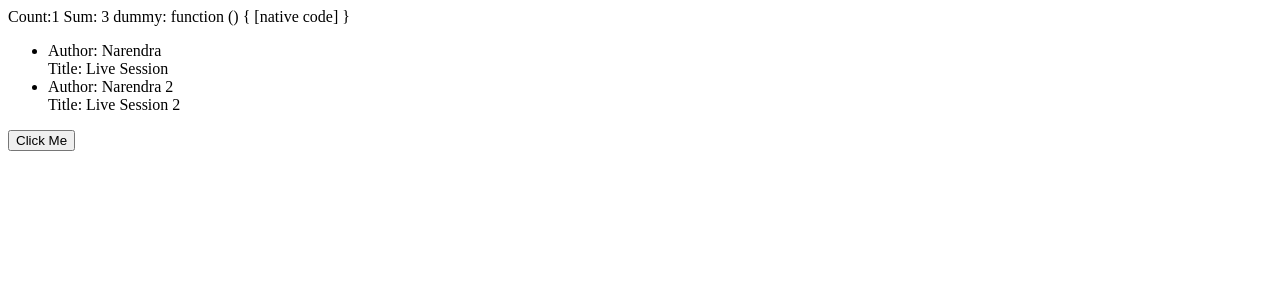
Repository: narendraiitm/may-2023-live-sessions
Page: index.html
An editor plug-in stored every save of this project. The page is shown before and after the next save, followed by the edit.
The browser window is 1280 px wide. The pictures show the whole page.

Above is the page before, as saved 2023-06-27 21:17:18.

### index.html
<!DOCTYPE html>
<html lang="en">
  <head>
    <meta charset="UTF-8" />
    <meta http-equiv="X-UA-Compatible" content="IE=edge" />
    <meta name="viewport" content="width=device-width, initial-scale=1.0" />
    <title>Document</title>
    <style>
      .danger {
        color: red;
      }
      .success {
        font-size: 1.5em;
      }
    </style>
  </head>
  <body>
    <div id="app"></div>
    <script src="https://cdn.jsdelivr.net/npm/vue@2/dist/vue.js"></script>
    <script src="./app.js"></script>
  </body>
</html>

### app.js
new Vue({
  // options object
  el: '#app',
  template: `
  <div>
    Count:{{count}}
    Sum: {{sum}}
    dummy: {{increeseCount}}
    <ul>
       <li v-for='blog in blogs'>
        <div>Author: {{blog.author}}</div>
        <div>Title: {{blog.title}}</div>
       </li>
    </ul>
    <button @click = 'increeseCount'>Click Me</button>
  </div>
  `,
  data: {
    blogs: [
      { author: 'Narendra', title: 'Live Session' },
      { author: 'Narendra 2', title: 'Live Session 2' },
    ],
    count: 1,
    a: 1,
    b: 2,
  },
  methods: {
    increeseCount() {
      return (this.count += 1)
    },
  },
  computed: {
    sum() {
      return this.a + this.b
    },
  },
})

After the next save:
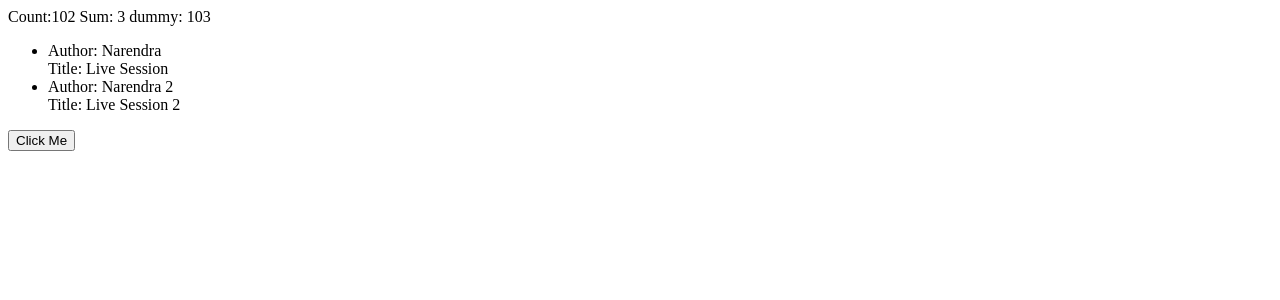
Saved 68 s later.
--- a/app.js
+++ b/app.js
@@ -5,7 +5,7 @@
   <div>
     Count:{{count}}
     Sum: {{sum}}
-    dummy: {{increeseCount}}
+    dummy: {{increeseCount()}}
     <ul>
        <li v-for='blog in blogs'>
         <div>Author: {{blog.author}}</div>

After the save that followed:
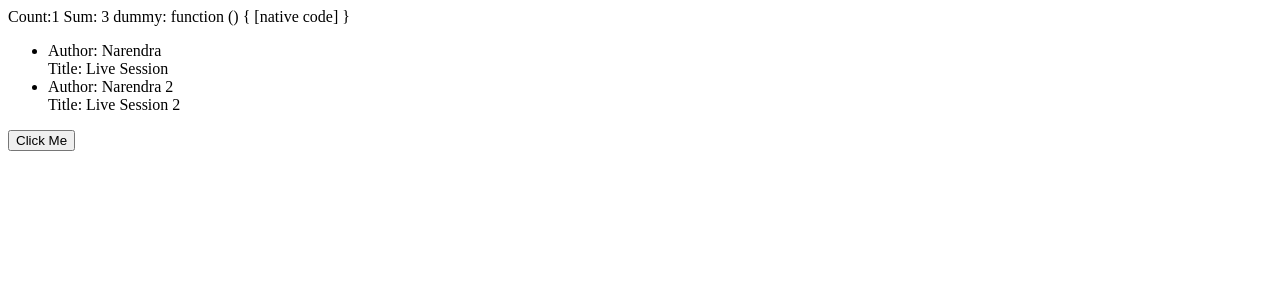
Saved 42 s later.
--- a/app.js
+++ b/app.js
@@ -5,7 +5,7 @@
   <div>
     Count:{{count}}
     Sum: {{sum}}
-    dummy: {{increeseCount()}}
+    dummy: {{increeseCount}}
     <ul>
        <li v-for='blog in blogs'>
         <div>Author: {{blog.author}}</div>
